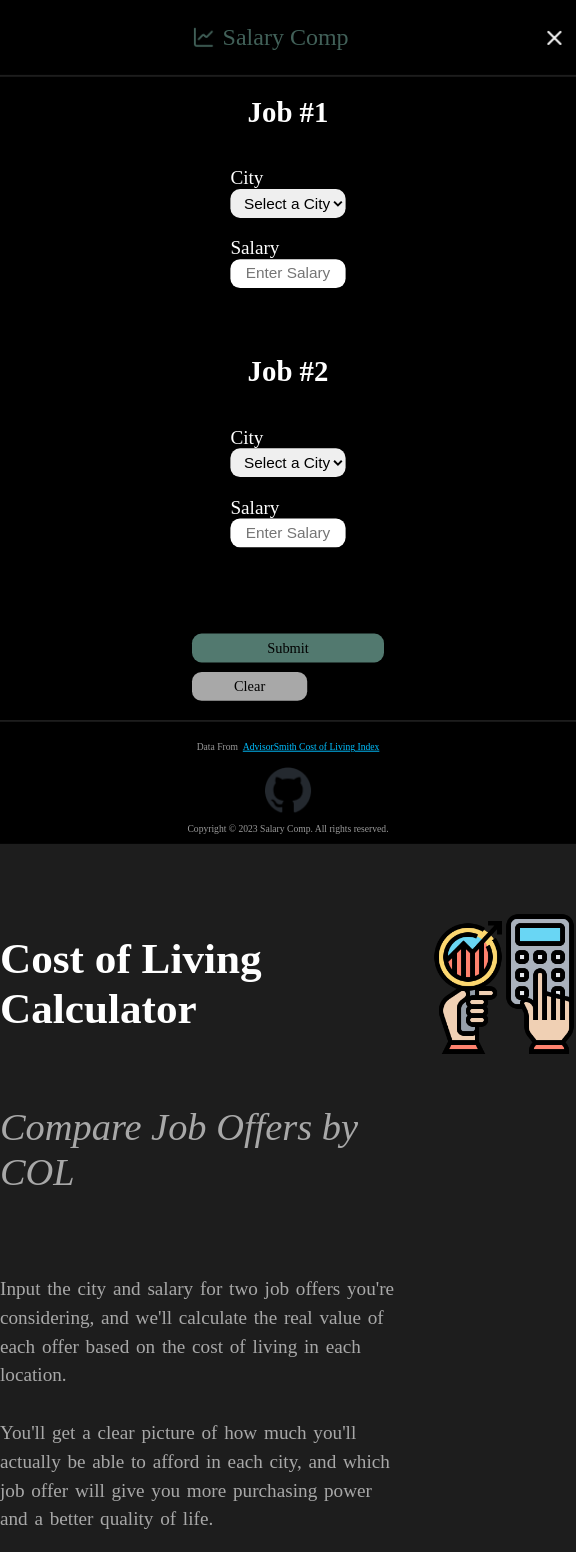
Repository: robbymcd/Salary-Comp
Page: /
These files come from the project's save history. The page is drawn as it stood at one moment and after the next save; the edit follows.
The browser window is 600 px wide. The pictures show the whole page, at 96% of full size.
Some web fonts or font styles are not loaded; a fallback is used. The project was rebuilt for these pictures with package versions that can differ from the ones it lists, and the page was loaded fresh each time. Also part of the build but not shown: src/Main.css, src/Main.js.

Above is the page before, as saved 2023-06-16 18:09:10.

### public/index.html
<!DOCTYPE html>
<html lang="en">
  <head>
    <meta charset="utf-8" />
    <link rel="icon" href="%PUBLIC_URL%/favicon.ico" />
    <meta name="viewport" content="width=device-width, initial-scale=1" />
    <meta name="theme-color" content="#000000" />
    <meta
      name="description"
      content="Compare Job Offers by COL"
    />
    <link rel="apple-touch-icon" href="%PUBLIC_URL%/favicon.ico" />
    <!--
      manifest.json provides metadata used when your web app is installed on a
      user's mobile device or desktop. See https://developers.google.com/web/fundamentals/web-app-manifest/
    -->
    <link rel="manifest" href="%PUBLIC_URL%/manifest.json" />
    <!--
      Notice the use of %PUBLIC_URL% in the tags above.
      It will be replaced with the URL of the `public` folder during the build.
      Only files inside the `public` folder can be referenced from the HTML.

      Unlike "/favicon.ico" or "favicon.ico", "%PUBLIC_URL%/favicon.ico" will
      work correctly both with client-side routing and a non-root public URL.
      Learn how to configure a non-root public URL by running `npm run build`.
    -->
    <title>Salary Comp</title>
  </head>
  <body>
    <noscript>You need to enable JavaScript to run this app.</noscript>
    <div id="root"></div>
    <!--
      This HTML file is a template.
      If you open it directly in the browser, you will see an empty page.

      You can add webfonts, meta tags, or analytics to this file.
      The build step will place the bundled scripts into the <body> tag.

      To begin the development, run `npm start` or `yarn start`.
      To create a production bundle, use `npm run build` or `yarn build`.
    -->
  </body>
</html>

### src/index.css
body {
  margin: 0;
  font-family: -apple-system, BlinkMacSystemFont, 'Segoe UI', 'Roboto', 'Oxygen',
    'Ubuntu', 'Cantarell', 'Fira Sans', 'Droid Sans', 'Helvetica Neue',
    sans-serif;
  -webkit-font-smoothing: antialiased;
  -moz-osx-font-smoothing: grayscale;
  height: 100%;
  width: 100%;
}

html {
  height: 100%;
  width: 100%;
  background-color: #1D1D1D;
}

code {
  font-family: source-code-pro, Menlo, Monaco, Consolas, 'Courier New',
    monospace;
}

### src/App.js
import React, { useState } from 'react';
import './App.css';
import Sidebar from './Sidebar.js';
import Content from './Content.js';

function App() {
  const [isSubmitted, setIsSubmitted] = useState(false);
  const [cityCOL1, setCityCOL1] = useState('');
  const [cityCOL2, setCityCOL2] = useState('');
  const [cityName1, setCityName1] = useState('');
  const [cityName2, setCityName2] = useState('');
  const [salary1, setSalary1] = useState('');
  const [salary2, setSalary2] = useState('');

  const handleFormSubmit = (formData) => {
    setIsSubmitted(true);
    setCityCOL1(formData.cityCOL1);
    setCityCOL2(formData.cityCOL2);
    setCityName1(formData.cityName1);
    setCityName2(formData.cityName2);
    setSalary1(formData.salary1);
    setSalary2(formData.salary2);
  };

  return (
    <div className="main">
        <Sidebar onFormSubmit={handleFormSubmit}/>
        <Content isSubmitted={isSubmitted} cityCOL1={cityCOL1} cityCOL2={cityCOL2} cityName1={cityName1} cityName2={cityName2} salary1={salary1} salary2={salary2} />
    </div>
  );
}

export default App;

### src/App.css
.main {
    display: flex;
    flex-direction: row;
    height: 200%;
    width: 100%;
    background-color: #1D1D1D;
}

@media screen and (max-width: 700px) {
    .main {
        flex-direction: column;
        gap: 100px;
    }
}

### src/Content.js
import React from 'react';
import './Content.css';
import Instruction from './Instruction.js';
import Main from './Main.js';

export default function Content({ isSubmitted ,cityCOL1 ,cityCOL2, cityName1, cityName2 , salary1, salary2 }) {

    return (
        <div className='Content-container'>
            {isSubmitted ? <Main cityCOL1={cityCOL1} cityCOL2={cityCOL2} cityName1={cityName1} cityName2={cityName2} salary1={salary1} salary2={salary2}/> : <Instruction />}
        </div>
    );
}

### src/Sidebar.css
@import url('https://fonts.googleapis.com/css?family=Roboto-Mono');
@import url('https://fonts.googleapis.com/css?family=Mukta-Vaani');
.sidebar {
    display: flex;
    height: 100vh;
    width: fit-content;
}

.closed-sidebar {
    display: flex;
    height: 100vh;
    width: fit-content;
    margin-right: 22vw;
}

.plusIcon {
    height: 30px;
    width: 30px;
    margin-left: 20px;
    align-self: center;
    cursor: pointer;
}

.plusIcon:hover {
    opacity: 0.5;
}

.error {
    display: flex;
    font-size: 15px;
    margin-bottom: -15px;
    color: #BA1F33;
}

.button-container {
    display: flex;
    flex-direction: column;
    gap: 10px;
    margin-top: 20px;
}

.submit-container {
    display: flex;
}

.submit {
    height: 30px;
    width: clamp(100px, 20vw, 300px);
    border-radius: 10px;
    border: none;
    outline: none;
    cursor: pointer;
    background-color: #52796F;
    font-family: Mukta Vaani;
    font-size: 15px;
    color: #000;
    box-shadow: 0px 4px 4px rgba(0, 0, 0, 0.25);
}

.submit:hover {
    opacity: 0.8;
}

.clear-container {
    display: flex;
}

.clear {
    height: 30px;
    width: clamp(100px, 20vw, 300px);
    border-radius: 10px;
    border: none;
    outline: none;
    cursor: pointer;
    background-color: #a8a8a8;
    font-family: Mukta Vaani;
    font-size: 15px;
    color: #000;
    box-shadow: 0px 4px 4px rgba(0, 0, 0, 0.25);
}

.clear:hover {
    opacity: 0.8;
}

@media screen and (min-width: 1650px) {
    .button-container {
        gap: 20px;
    }
}

@media screen and (max-width: 700px) {
    .sidebar {
        display: grid;
        height: fit-content;
        width: 100%;
    }

    .closed-sidebar {
        height: fit-content;
        justify-content: center;
    }

    .plusIcon {
        margin: 0;
    }

    .submit {
        width: 200px;
    }
}

### src/OpenSidebar.css
@import url('https://fonts.googleapis.com/css?family=Roboto-Mono');
@import url('https://fonts.googleapis.com/css?family=Mukta-Vaani');

.open-sidebar {
    display: flex;
    flex-direction: column;
    height: 100vh;
    width: 25vw;
    background-color: #000;
    box-shadow: 0px 0px 4px 4px rgba(0, 0, 0, 0.25);
    margin-right: 8vw;
    transition: transform 0.3s ease-in-out;
}

.sidebar-header {
    display: flex;
    width: 25vw;
    border-bottom: 2px solid #1d1d1d;
    justify-content: space-between;
    align-items: center;
}

.sidebar-wrapper {
    display: inline-block;
}

.centering {
    display: flex;
    flex-direction: row;
    width: 100%;
    align-self: center;
    align-items: center;
    justify-content: center;
}

.logo {
    display: flex;
    flex-direction: row;
    width: 100%;
    align-items: center;
    justify-content: center;
    gap: 10px;
    cursor: pointer;
}

.logo:hover {
    opacity: .8;
}

.logo p {
    font-family: Roboto Mono;
    color: #52796F;
    font-size: 25px;
}

.chart {
    height: 20px;
    width: 20px;
}

.city {
    display: flex;
    flex-direction: column;
    font-family: Mukta Vaani;
    font-style: normal;
    font-weight: 300;
    font-size: 20px;
    color: #fff;
}

.salary{
    display: flex;
    flex-direction: column;
    font-family: Mukta Vaani;
    font-style: normal;
    font-weight: 300;
    font-size: 20px;
    color: #fff;
}

.salary label {
    display: flex;
    justify-self: center;
}

.form {
    display: flex;
    flex-direction: column;
    font-family: Mukta Vaani;
    height: 100%;
    align-items: center;
    gap: 20px;
    border-bottom: 2px solid #1d1d1d;
    justify-content: center;
    padding: 20px;
}

.form h1 {
    color: #fff;
    font-family: Roboto Mono;
    font-size: 30px;
    font-weight: 700;
    font-style: normal;
    text-align: center;
    margin-top: 10px;
    margin-bottom: 0px;
}

select {
    cursor: pointer;
}

input {
    text-decoration: none;
    height: 30px;
    width: clamp(100px, 20vw, 300px);
    border-radius: 10px;
    outline: none;
    border: none;
    padding: 0;
    text-align: center;
    font-size: 16px;
    cursor: pointer;
}

.salarycomp {
    height: 80px;
    width: 360px;
}

.x {
    height: 25px;
    width: 25px;
    cursor: pointer;
    margin-right: 10px;
}

.x:hover {
    opacity: 0.5;
    transition: ease-in-out 0.2s;
}

.footer {
    display: flex;
    flex-direction: column;
    align-items: center;
    justify-content: center;
    width: 100%;
    background-color: #000;
}

.footer p {
    color: #fff;
    opacity: .6;
    font-family: 'Mukta Vaani';
    font-style: normal;
    font-weight: 300;
    font-size: 14px;
    text-align: center;
}

.hiw {
    display: flex;
    flex-direction: row;
    align-items: center;
    justify-content: center;
    gap: 10px;
}

.hiw a {
    font-size: 14px;
    font-weight: 300;
    font-family: 'Mukta Vaani';
    color: #00bfff;
}

.hiw a:hover {
    opacity: 0.5;
    transition: ease-in-out 0.2s;
}

.github {
    height: 50px;
    width: 50px;
    cursor: pointer;
}

.github:hover {
    opacity: 0.8;
}

@media screen and (max-width: 1000px) {
    .footer p {
        font-size: 10px;
    }

    .hiw a {
        font-size: 10px;
    }

    .hiw {
        margin-top: 10px;
        margin-bottom: 5px;
        gap: 5px;
    }
}

@media screen and (min-height: 800px) {
    .form h1 {
        margin-top: 0;
        margin-bottom: 20px;
    }

    input {
        margin-bottom: 50px;
    }
}

@media screen and (max-width: 700px) {
    .open-sidebar {
        width: 100%;
        margin: 0;
    }

    .sidebar-header {
        width: 100%;
    }

    .select-main {
        width: 200px;
    }
}

### src/Select.css
.select-main {
    text-decoration: none;
    height: 30px;
    width: clamp(100px, 20vw, 300px);
    border-radius: 10px;
    outline: none;
    text-align: center;
    font-size: 16px;
}

.select-main select {
    text-align: center;
    text-decoration: none;
    outline: none;
    border: none;
    height: 30px;
    width: clamp(100px, 20vw, 300px);
    border-radius: 10px;
    font-size: 16px;
    padding-left: 10px;
}

### src/Content.css
@import url('https://fonts.googleapis.com/css?family=Kadwa');
@import url('https://fonts.googleapis.com/css?family=Hind-Madurai');

.Content-container {
    display: flex;
    width: 100%;
}

.header {
    display: flex;
    flex-direction: row;
    align-items: center;
    margin-top: 50px;
    gap: 25px;
}

.content h1 {
    font-family: Kadwa;
    font-weight: bold;
    font-size: 45px;
    height: 100%;
    margin: 0;
}

.content h2 {
    font-family: Hind Madurai;
    font-size: 40px;
    color: #a8a8a8;
    margin-top: 50px;
    width: 75%;
    font-weight: 500;
    font-style: italic;
}

.content p {
    display: flex;
    width: 50vw;
    font-family: Hind Madurai;
    font-size: 20px;
    color: #a8a8a8;
    word-spacing: 2px;
    line-height: 1.5;
    margin-top: 50px;
    width: 70%;
}

.content {
    display: flex;
    flex-direction: column;
    color: #fff;
    height: fit-content;
    width: 100%;
    justify-items: center;
}

.calculator {
    display: flex;
    height: 150px;
    width: 150px;
}

@media screen and (max-width: 700px) {
    .Content-container {
        width: 100%;
        justify-content: center;
    }
}

### src/Instruction.js
import calculator from './calculator.png';

export default function Instruction() {
    return (
        <div className="content">
            <div className="header">
                <h1>Cost of Living Calculator</h1>
                <img className="calculator" src={calculator} alt='calculator'></img>
            </div>
            <h2>Compare Job Offers by COL</h2>
            <p>Input the city and salary for two job offers you're considering, and we'll calculate the real value of each offer based on the cost of living in each location.<br/><br/>You'll get a clear picture of how much you'll actually be able to afford in each city, and which job offer will give you more purchasing power and a better quality of life.
            </p>
        </div>
    );
}

Loaded but not shown: src/index.js (common file); src/reportWebVitals.js (common file); src/Sidebar.js (399 lines, source omitted)

After the next save:
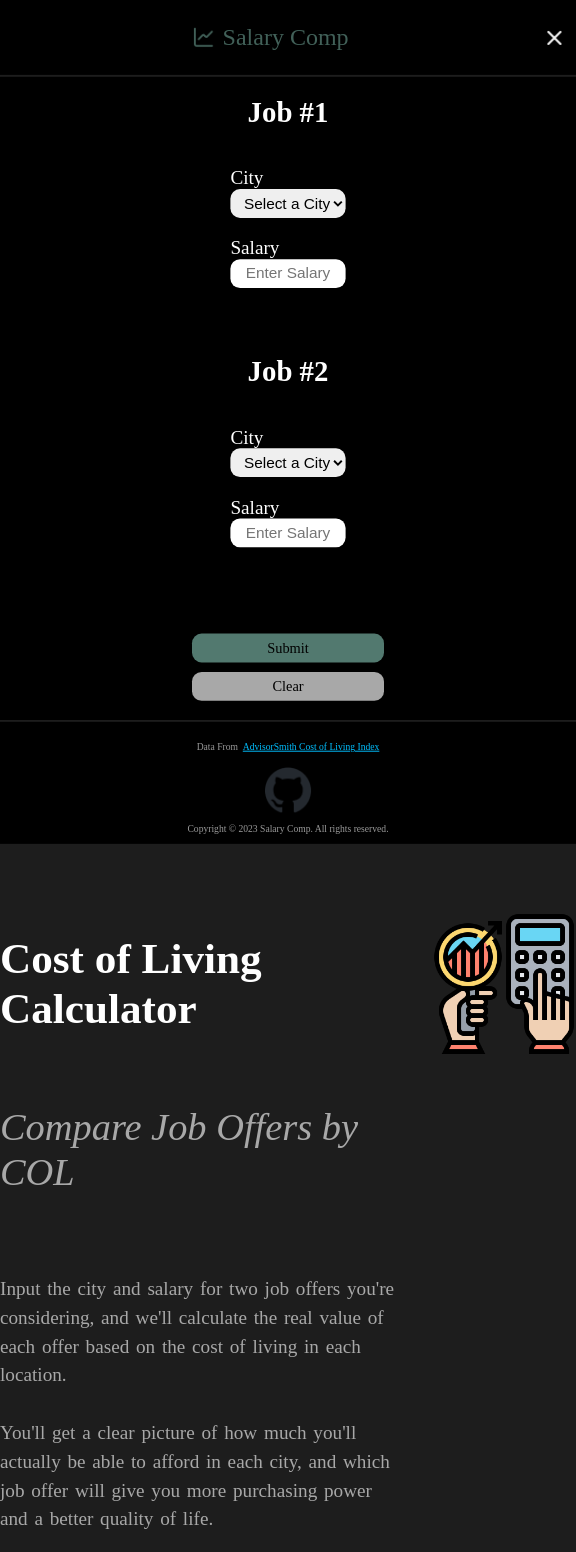
Saved 6 s later.
--- a/src/Sidebar.css
+++ b/src/Sidebar.css
@@ -108,4 +108,8 @@
     .submit {
         width: 200px;
     }
+
+    .clear {
+        width: 200px;
+    }
 }
